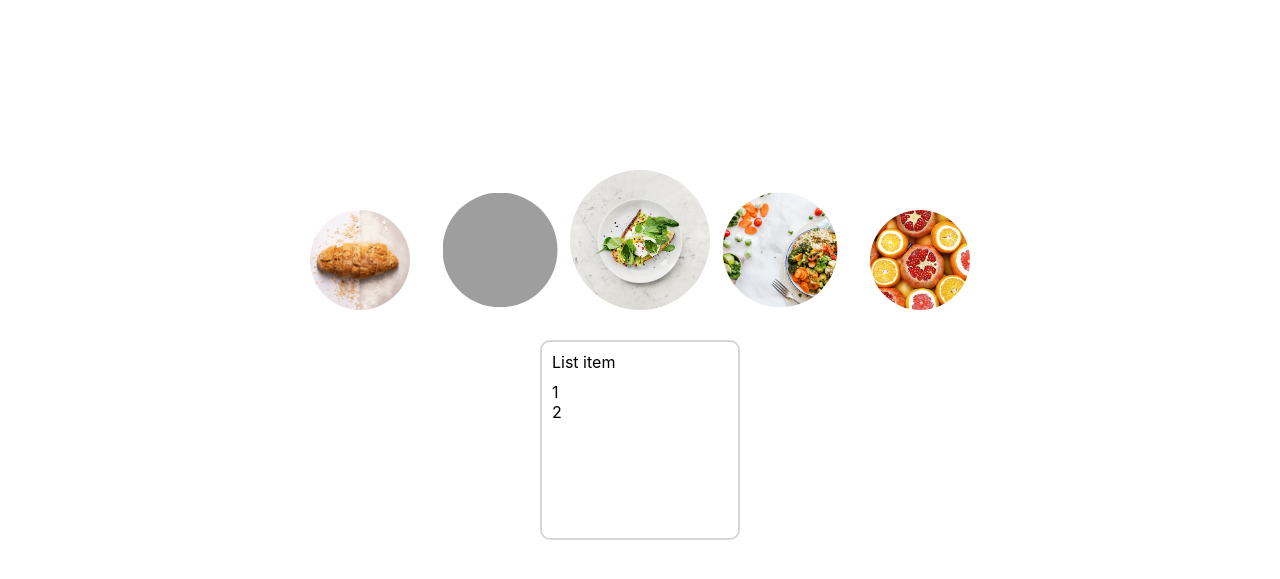
Repository: nambui98/slider
Page: /
These files come from the project's save history. The page is drawn as it stood at one moment and after the next save; the edit follows.
The browser window is 1280 px wide. The pictures show the whole page.
Pictures or frames that could not be fetched are drawn as grey boxes. The project was rebuilt for these pictures with package versions that can differ from the ones it lists, and the page was loaded fresh each time. Also part of the build but not shown: vite.config.ts.

Above is the page before, as saved 2022-04-12 14:09:18.

### src/App.tsx
import { useState } from 'react'
import Horizolsider from './components/horizolslider/Horizolsider'
import logo from './logo.svg'
import './App.css'
import "slick-carousel/slick/slick.css";
import "slick-carousel/slick/slick-theme.css";
import image1 from './assets/images/pexels-daria-shevtsova-1095550.jpg'
import styled from 'styled-components';

function App() {
  const [count, setCount] = useState(0)
  const Item = styled.div`
    /* height: 150px; */
    margin-top: 50px;
    transition: all .3s;
    position: relative;
    img{
        object-fit: cover;
        margin: 0 auto;
        /* width: 100px;
        height: 100px; */
        width: 100px;
        height: 100px;
        border-radius: 50%;
        transition: all .3s;
    }
    /* .info{
        position: absolute;
    } */
    &.active{
        /* width: 150px;
        height: 100px; */
        /* height: 200px; */
        margin-top: 30px;
        img{

            /* width: 100%; */
            transform: scale(1.4)
        }
        .info{
            visibility: visible;
            transform: translateY(0px);
        }
    }
    &.near{
        /* width: 150px;
        height: 100px; */
        /* height: 200px; */
        margin-top: 40px;
        img{

            /* width: 100%; */
            transform: scale(1.15)
        }


    }
`
  return (
    <div className="App">
      <Horizolsider>
        {/* <ul>

          {

            [...Array(10).keys()].map((i, index) =>
              <li>

                <Item>
                  <img src={image1} alt="" />

                  <div className={`info `}>info
                  </div>
                </Item>
              </li>

            )
          }
        </ul> */}
      </Horizolsider>
    </div>
  )
}

export default App

### src/components/horizolslider/Horizolsider.tsx
import React, { useEffect, useRef, useState } from 'react'
import styled from 'styled-components'
import Slider from "react-slick";
import image1 from '../../assets/images/pexels-daria-shevtsova-1095550.jpg'
import image2 from '../../assets/images/pexels-ella-olsson-1640777.jpg'
import image3 from '../../assets/images/pexels-engin-akyurt-1435735.jpg'
import image4 from '../../assets/images/pexels-lisa-fotios-1279330.jpg'
import image5 from '../../assets/images/pexels-mariana-kurnyk-1775043.jpg'
import image6 from '../../assets/images/pexels-tijana-drndarski-3338681.jpg'
import { Children } from 'react';

type Props = {
    children: any
}
const listItem = [
    {
        id: 1,
        image: image1,
        info: [
            "1",
            "2"
        ],
    },
    {
        id: 2,
        image: image2,
        info: [
            "1",
            "2"
        ],
    },
    {
        id: 3,
        image: image3,
        info: [
            "1",
            "2"
        ],
    },
    {
        id: 4,
        image: image4,
        info: [
            "1",
            "2"
        ],
    },
    {
        id: 5,
        image: image5,
        info: [
            "1",
            "2"
        ],
    }
    , {
        id: 6,
        image: image6,
        info: [
            "1",
            "2"
        ],
    }
]
const Wrapper = styled.div`
    width: 700px;

`
const Item = styled.div`
    /* height: 150px; */
    margin-top: 50px;
    transition: all .3s;
    position: relative;
    cursor: pointer;
    img{
        object-fit: cover;
        margin: 0 auto;
        /* width: 100px;
        height: 100px; */
        width: 100px;
        height: 100px;
        border-radius: 50%;
        transition: all .3s;
    }
    .info{
        width: 200px;
        border: 2px solid #d5d5d5;
        border-radius: 10px;
        height: 200px;
        transition: transform 1000s;
        visibility: hidden;
        margin-top: 50px;
        margin-left: -30px;
        ul{
            list-style: none;
            p{
                padding: 10px;
            }
            li{
                padding: 0 10px;
            }
        }
    }
    &.active{
        /* width: 150px;
        height: 100px; */
        /* height: 200px; */
        margin-top: 30px;
        img{

            /* width: 100%; */
            transform: scale(1.4)
        }
        .info{
            visibility: visible;
            transform: translateY(0px);
        }
    }
    &.near{
        /* width: 150px;
        height: 100px; */
        /* height: 200px; */
        margin-top: 40px;
        img{

            /* width: 100%; */
            transform: scale(1.15)
        }


    }
`
const Horizolsider = (props: Props) => {
    const [activeIndex, setActiveIndex] = useState<number>(0);
    const [activeIndex2, setActiveIndex2] = useState<number>(0);
    const settings = {
        className: "listItem",
        dots: false,
        infinite: true,
        speed: 500,
        slidesToShow: 5,
        slidesToScroll: 1,
        centerMode: true,
        focusOnSelect: true,
        centerPadding: '0px',
        beforeChange: (current: any, next: any) => {
            setActiveIndex(next)
        },
    };

    return (
        <div style={{ display: "flex", height: "100vh", flexDirection: "column", justifyContent: "center", alignItems: "center" }}>
            <Wrapper>
                <Slider {...settings}>
                    {
                        listItem.map((item, index) =>
                            <Item className={`${index === activeIndex ? "active" : (activeIndex - index) === 1 || (index - activeIndex) === 1 || (index - activeIndex) + 1 === listItem.length || (index - activeIndex) === -(listItem.length - 1) ? "near" : ""}`}>
                                <img src={item.image} alt="" />

                                <div className={`info ${activeIndex === index && "active"}`}>
                                    <ul>
                                        <p>List item</p>
                                        {
                                            item.info.map(i => <li>
                                                {i}
                                            </li>)
                                        }

                                    </ul>
                                </div>
                            </Item>
                        )
                    }
                </Slider>
            </Wrapper>
        </div>
    )
}
export default Horizolsider

### src/App.css
*{
  padding: 0;
  margin: 0;
  box-sizing: border-box;
}


/* ul{
  display: flex;
  justify-content: start;
  width: 700px;
  overflow-x: scroll;
  list-style: none;
}
ul li{
  width: 20%;
} */

Loaded but not shown: index.html (common file); src/main.tsx (common file); src/index.css (common file)

After the next save:
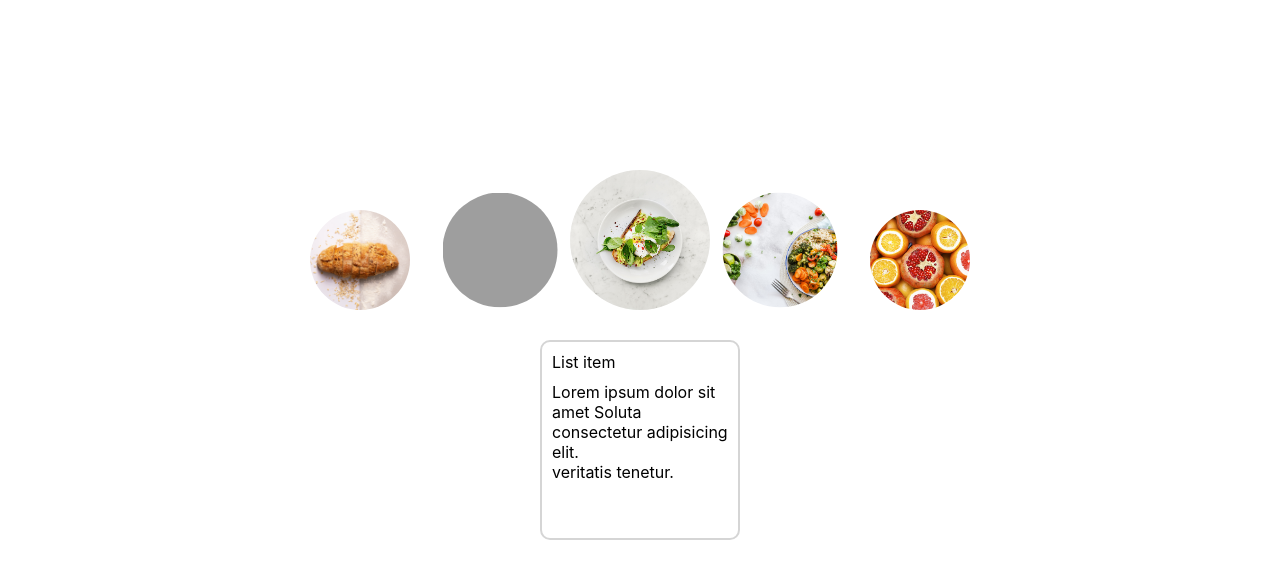
Saved 95 s later.
--- a/src/components/horizolslider/Horizolsider.tsx
+++ b/src/components/horizolslider/Horizolsider.tsx
@@ -17,8 +17,9 @@ const listItem = [
         id: 1,
         image: image1,
         info: [
-            "1",
-            "2"
+            "Lorem ipsum dolor sit amet Soluta",
+            "consectetur adipisicing elit. ",
+            "veritatis tenetur."
         ],
     },
     {
